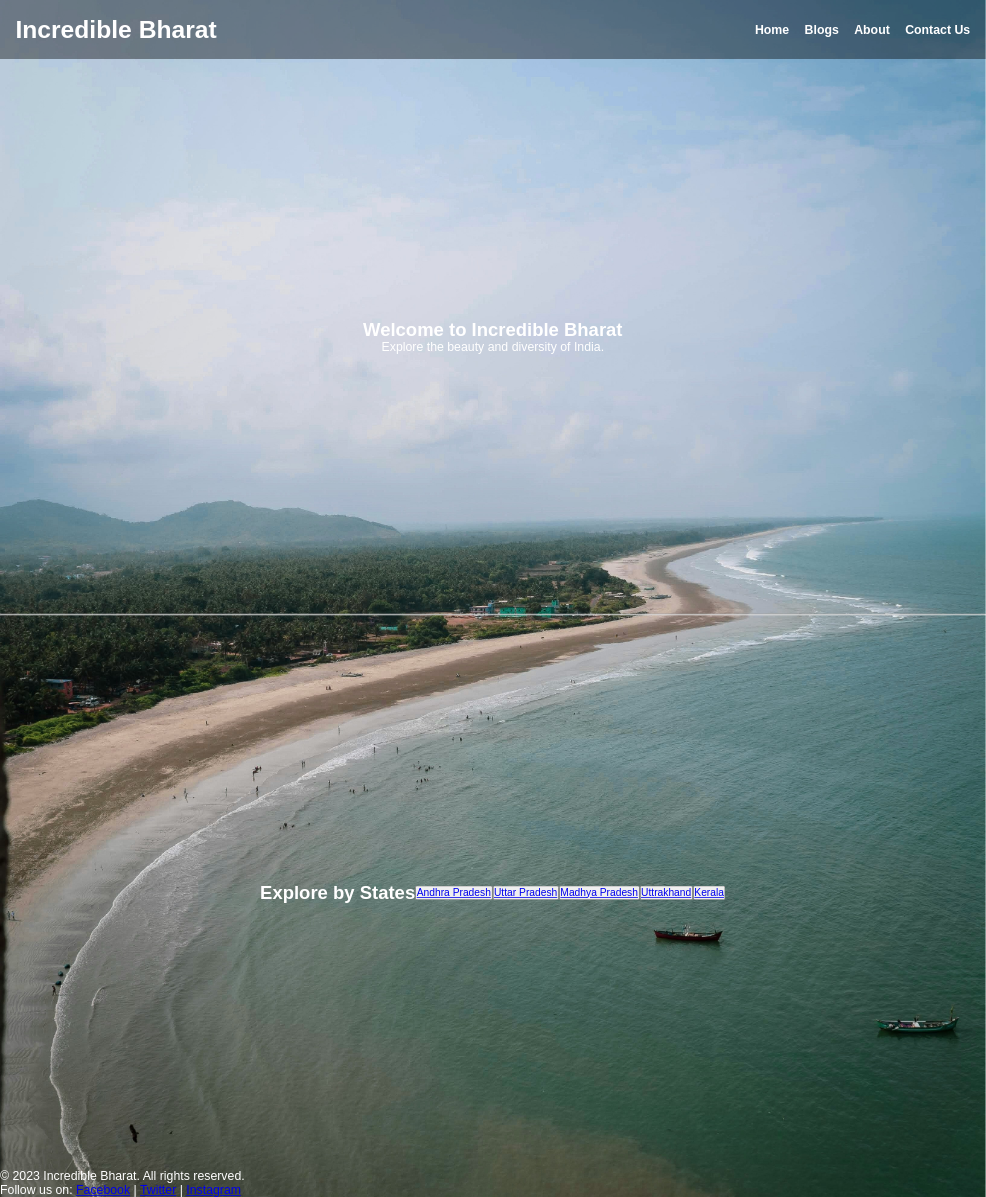
Repository: jaidhiman111/incrediblebharat
Page: index.html
The author's editor kept a copy of each file at every save. The page is drawn from the files as they stood at one save, then again after the next save.
The browser window is 1280 px wide. The pictures show the whole page, at 77% of full size.

Above is the page before, as saved 2025-04-30 22:03:05.

### index.html
<!DOCTYPE html>
<html lang="en">
<head>
    <meta charset="UTF-8">
    <link rel="stylesheet" href="/assets/style.css">
    <meta name="viewport" content="width=device-width, initial-scale=1.0">
    <title>Document</title>
</head>
<body>
    <!-- This is the header of the page. -->
    <header class="header">
        <div class="logo">
            <h1>Incredible Bharat</h1>
        </div>
        <div class="nav">
            <nav>
                <ul>
                    <li>
                        <a href="#">Home</a>
                        <a href="#">Blogs</a>
                        <a href="#">About</a>
                        <a href="#">Contact Us</a>
                    </li>
                </ul>
            </nav>
        </div>
    </header>
    <!-- This is the main content of the page. -->
     <main class="main-container">
        <section class="hero-section">
            <h2>Welcome to Incredible Bharat</h2>
            <p>Explore the beauty and diversity of India.</p>
        </section>
        <hr>
        <section class="state-section">
            <h2>Explore by States</h2>
            <button type="button"><a href="#">Andhra Pradesh</a></button>
            <button type="button"><a href="#">Uttar Pradesh</a></button>
            <button type="button"><a href="#">Madhya Pradesh</a></button>
            <button type="button"><a href="#">Uttrakhand</a></button>
            <button type="button"><a href="#">Kerala</a></button>
        </section>
     </main>
     <!-- This is the footer of the page. -->
      <footer class="footer">
        <div>
            <p>&copy; 2023 Incredible Bharat. All rights reserved.</p>
            <p>Follow us on:
                <a href="#">Facebook</a> |
                <a href="#">Twitter</a> |
                <a href="#">Instagram</a>
        </div>
      </footer>
</body>
</html>

### assets/style.css
* {
    box-sizing: border-box;
    margin: 0;
    padding: 0;
}

body {
    font-family: Arial, sans-serif;
    background-image: url('/media/bg-cover.jpg');
    background-size: cover;
    background-repeat: no-repeat;
    background-position: center;
    color: #fff;
}

/* This is for header */
.header {
    background-color: rgba(0, 0, 0, 0.4);
    display: flex;
    justify-content: space-between;
    align-items: center;
    padding: 20px;
    position: sticky;
    top: 0;
    text-align: center;
}

li {
    list-style: none;
    display: flex;
    gap: 20px;
}

li a {
    text-decoration: none;
    color: #fff;
    font-weight: bold;
}

a:hover {
    color: #ff6347;
}

/* This is for section */
.hero-section {
    display: flex;
    flex-direction: column;    /* stack items vertically */
    justify-content: center;   /* center vertically */
    align-items: center;       /* center horizontally */
    height: 100vh;
    text-align: center;
}

.hero-section h1 {
    font-size: 3rem;
    margin-bottom: 20px;
}

.state-section {
    display: flex;
    justify-content: center;
    align-items: center;
    height: 100vh;
    text-align: center;
}

After the next save:
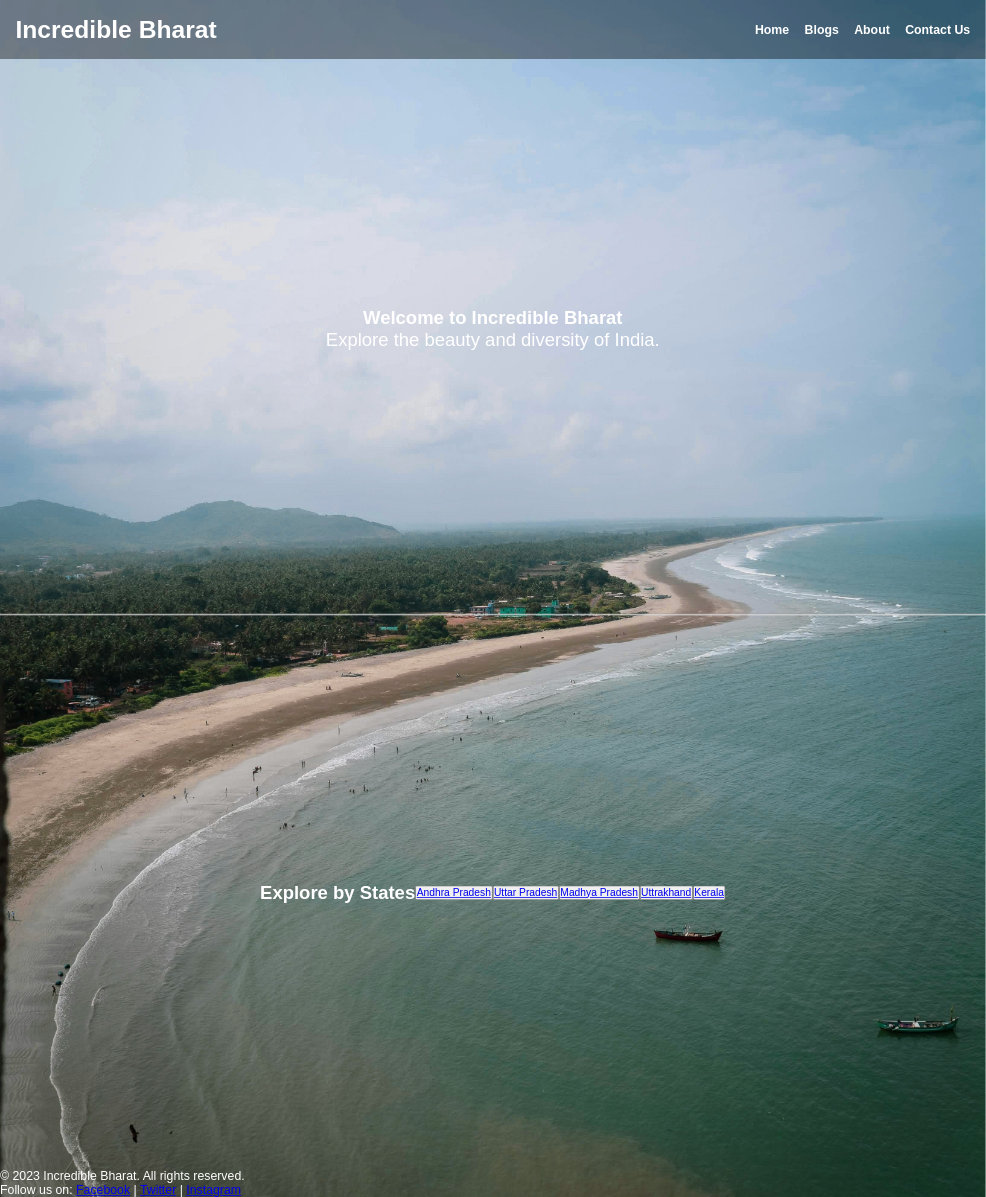
Saved 4 s later.
--- a/assets/style.css
+++ b/assets/style.css
@@ -55,6 +55,10 @@ a:hover {
     font-size: 3rem;
     margin-bottom: 20px;
 }
+.hero-section p {
+    font-size: 1.5rem;
+    margin-bottom: 20px;
+}
 
 .state-section {
     display: flex;
